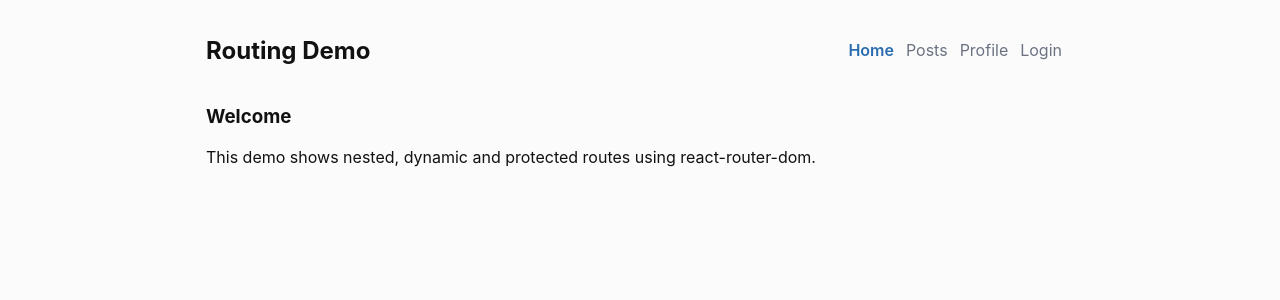
Repository: edunwant42/alx-fe-reactjs
Page: / (app in react-router-advanced/)
An editor plug-in stored every save of this project. The page is shown before and after the next save, followed by the edit.
The browser window is 1280 px wide. The pictures show the whole page.
The project was rebuilt for these pictures with package versions that can differ from the ones it lists, and the page was loaded fresh each time. Also part of the build but not shown: react-router-advanced/vite.config.js, react-router-advanced/src/components/Login.jsx, react-router-advanced/src/components/Profile.jsx, react-router-advanced/src/components/ProfileDetails.jsx, react-router-advanced/src/components/ProfileSettings.jsx, react-router-advanced/src/components/ProtectedRoute.jsx, react-router-advanced/src/components/PostsList.jsx, react-router-advanced/src/components/Post.jsx.

Above is the page before, as saved 2025-08-24 11:52:52.

### react-router-advanced/src/App.jsx
import React from 'react'
import { BrowserRouter, Routes, Route } from 'react-router-dom'
import { AuthProvider } from './context/AuthContext.jsx'
import Layout from './components/Layout.jsx'
import Home from './components/Home.jsx'
import Login from './components/Login.jsx'
import Profile from './components/Profile.jsx'
import ProfileDetails from './components/ProfileDetails.jsx'
import ProfileSettings from './components/ProfileSettings.jsx'
import ProtectedRoute from './components/ProtectedRoute.jsx'
import PostsList from './components/PostsList.jsx'
import Post from './components/Post.jsx'

function App() {
  return (
    <AuthProvider>
      <BrowserRouter>
        <Routes>
          <Route path="/" element={<Layout />}>
            <Route index element={<Home />} />
            <Route path="login" element={<Login />} />

            <Route path="posts" element={<PostsList />} />
            <Route path="posts/:postId" element={<Post />} />

            <Route
              path="profile"
              element={
                <ProtectedRoute>
                  <Profile />
                </ProtectedRoute>
              }
            >
              <Route index element={<ProfileDetails />} />
              <Route path="settings" element={<ProfileSettings />} />
            </Route>

            <Route path="*" element={<div style={{ padding: 20 }}>404 — Not found</div>} />
          </Route>
        </Routes>
      </BrowserRouter>
    </AuthProvider>
  )
}

export default App

### react-router-advanced/src/index.css
:root{
  --accent:#2b6cb0;
  --muted:#6b7280;
}
*{box-sizing:border-box}
body{font-family:Inter, system-ui, Arial, sans-serif;margin:0;background:#fbfbfc;color:#111}
.app-container{max-width:900px;margin:1rem auto;padding:0 1rem}
header{display:flex;justify-content:space-between;align-items:center}
nav a{color:var(--muted);text-decoration:none;margin-right:12px}
nav a.active{color:var(--accent);font-weight:600}
nav button{background:var(--accent);color:white;border:none;padding:6px 10px;border-radius:6px;cursor:pointer}
main{margin-top:20px}
.card{background:white;border:1px solid #eee;padding:12px;border-radius:8px}

.btn{background:var(--accent);color:white;border:none;padding:8px 12px;border-radius:6px;cursor:pointer}
.btn.secondary{background:#eee;color:#111;border:1px solid #ddd}
.form{display:block;max-width:420px}
.form label{display:block;margin-bottom:8px;color:var(--muted)}
.form input[type="text"],.form input[type="email"],.form input[type="password"]{display:block;width:100%;padding:8px;border:1px solid #e6e6e6;border-radius:6px;margin-top:6px}
.post-list{list-style:none;padding:0}
.post-list li{padding:10px 0;border-bottom:1px solid #f1f1f1}
.post-link{color:var(--accent);text-decoration:none}
.muted{color:var(--muted)}

### react-router-advanced/src/context/AuthContext.jsx
import React, { createContext, useContext, useState } from 'react'

const AuthContext = createContext(null)

export function AuthProvider({ children }) {
  const [user, setUser] = useState(null)

  const signin = (username, cb) => {
    setUser({ name: username })
    if (cb) cb()
  }

  const signout = (cb) => {
    setUser(null)
    if (cb) cb()
  }

  return (
    <AuthContext.Provider value={{ user, signin, signout }}>
      {children}
    </AuthContext.Provider>
  )
}

export function useAuth() {
  return useContext(AuthContext)
}

### react-router-advanced/src/components/Layout.jsx
import React from 'react'
import { Outlet, NavLink } from 'react-router-dom'
import { useAuth } from '../context/AuthContext.jsx'

export default function Layout() {
  const { user, signout } = useAuth()

  return (
    <div className="app-container">
      <header>
        <h2>Routing Demo</h2>
        <nav>
          <NavLink to="/" className={({ isActive }) => (isActive ? 'active' : '')}>
            Home
          </NavLink>
          <NavLink to="/posts" className={({ isActive }) => (isActive ? 'active' : '')}>
            Posts
          </NavLink>
          <NavLink to="/profile" className={({ isActive }) => (isActive ? 'active' : '')}>
            Profile
          </NavLink>
          {!user ? (
            <NavLink to="/login">Login</NavLink>
          ) : (
            <button onClick={() => signout()} style={{ marginLeft: 8 }}>
              Sign out
            </button>
          )}
        </nav>
      </header>

      <main>
        <Outlet />
      </main>
    </div>
  )
}

### react-router-advanced/src/components/Home.jsx
import React from 'react'

export default function Home() {
  return (
    <div>
      <h3>Welcome</h3>
      <p>This demo shows nested, dynamic and protected routes using react-router-dom.</p>
    </div>
  )
}

Loaded but not shown: react-router-advanced/index.html (common file); react-router-advanced/src/main.jsx (common file)

After the next save:
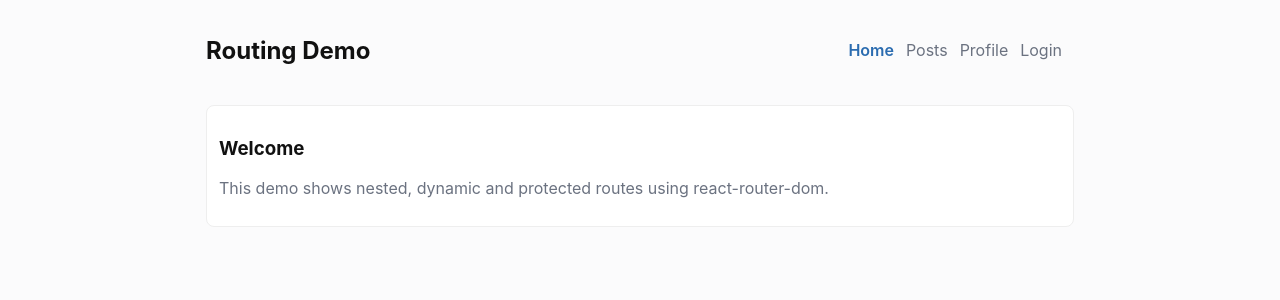
Saved 7 s later.
--- a/react-router-advanced/src/components/Home.jsx
+++ b/react-router-advanced/src/components/Home.jsx
@@ -2,9 +2,9 @@ import React from 'react'
 
 export default function Home() {
   return (
-    <div>
+    <div className="card">
       <h3>Welcome</h3>
-      <p>This demo shows nested, dynamic and protected routes using react-router-dom.</p>
+      <p className="muted">This demo shows nested, dynamic and protected routes using react-router-dom.</p>
     </div>
   )
 }
